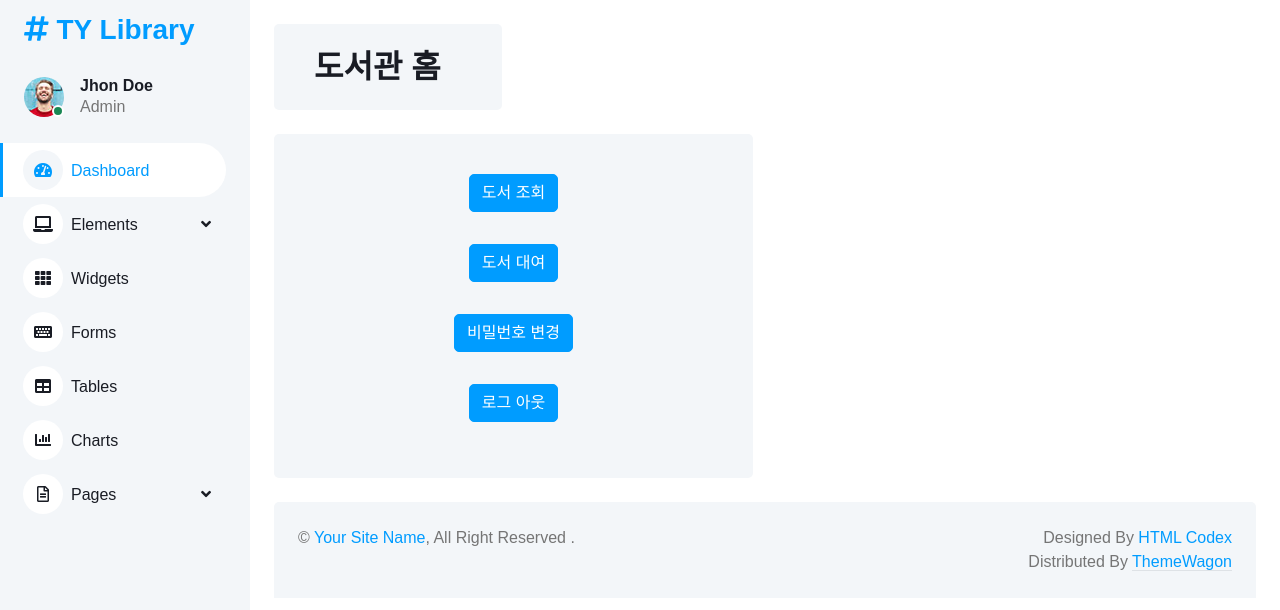
Repository: maryong2/myfirstgitproject
Page: http://localhost/library/WEB-INF/views/admin/user-home.jsp
An editor plug-in stored every save of this project. The page is shown before and after the next save, followed by the edit.
The browser window is 1280 px wide. The pictures show the whole page.
Some web fonts or font styles are not loaded; a fallback is used. Some web libraries are served in a nearby version. The page is served by Tomcat 9. Nobody is signed in. The template is opened directly, without the code that normally fills it, so the values that code supplies are empty.

Above is the page before, as saved 2023-11-27 05:24:12.
Console error: TypeError: Cannot read properties of undefined (reading 'getContext')

After the next save:
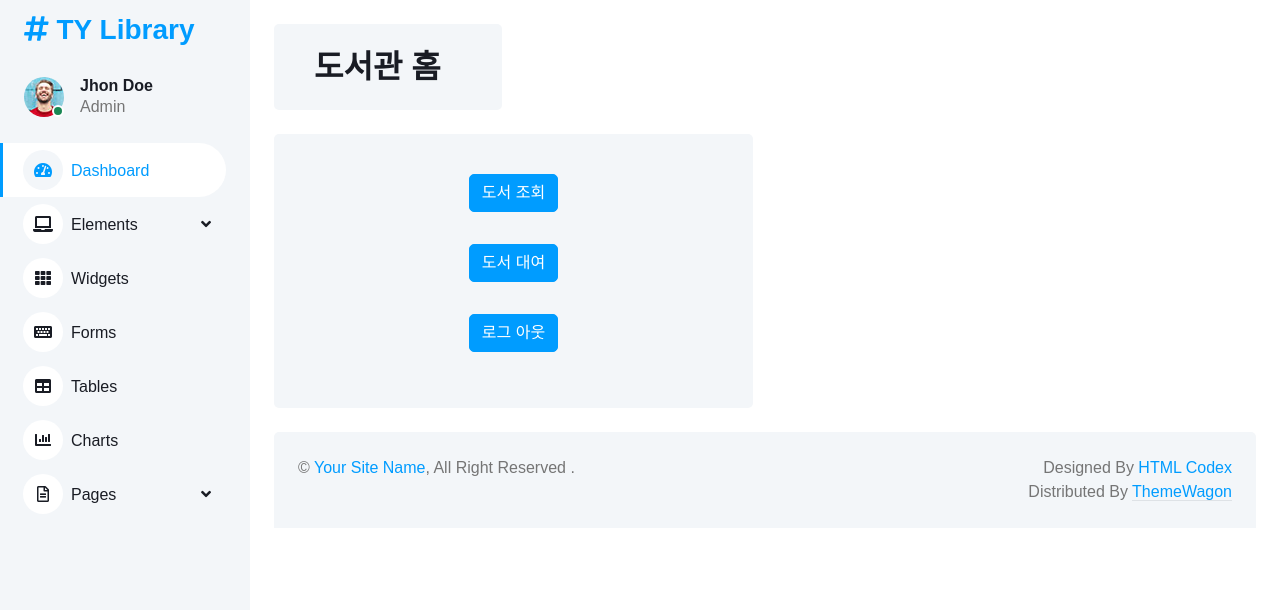
Saved 55 s later.
--- a/library/src/main/webapp/WEB-INF/views/admin/user-home.jsp
+++ b/library/src/main/webapp/WEB-INF/views/admin/user-home.jsp
@@ -165,13 +165,13 @@
 										</td>
 
 									</tr>
-									<tr>
-
-										<td>
-											<button type="button" class="btn btn-primary m-2"
-												onclick="go('passwordRest')">비밀번호 변경</button>
-										</td>
-									</tr>
+									<!-- <tr>
+
+										<td>
+											<button type="button" class="btn btn-primary m-2"
+												onclick="go('passwordReset')">비밀번호 변경</button>
+										</td>
+									</tr> -->
 									<tr>
 										<td>
 											<button type="button" class="btn btn-primary m-2"
